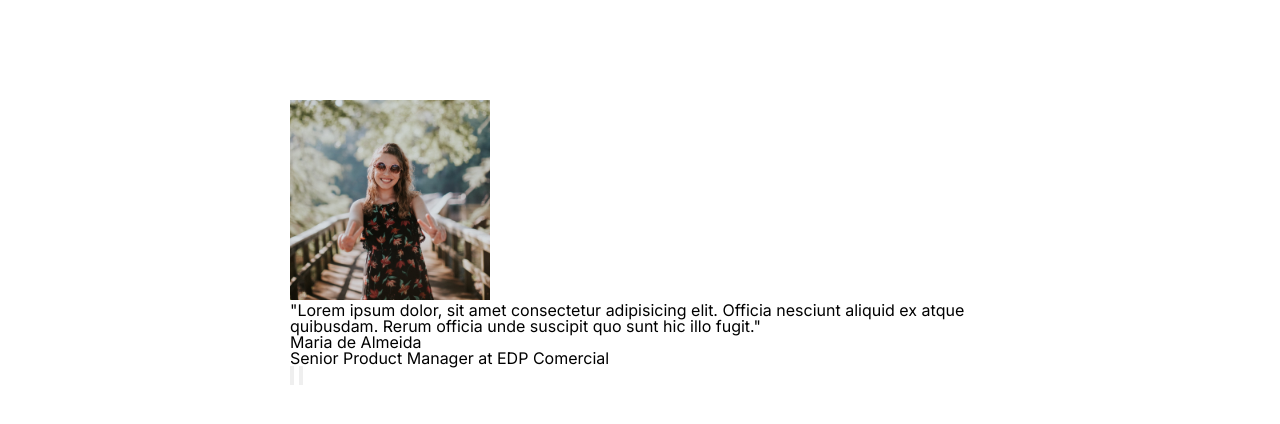
Repository: Ahmed123rezk123/06-Components
Page: carousel.html
The author's editor kept a copy of each file at every save. The page is drawn from the files as they stood at one save, then again after the next save.
The browser window is 1280 px wide. The pictures show the whole page.

Above is the page before, as saved 2024-09-16 08:36:16.

After the next save:
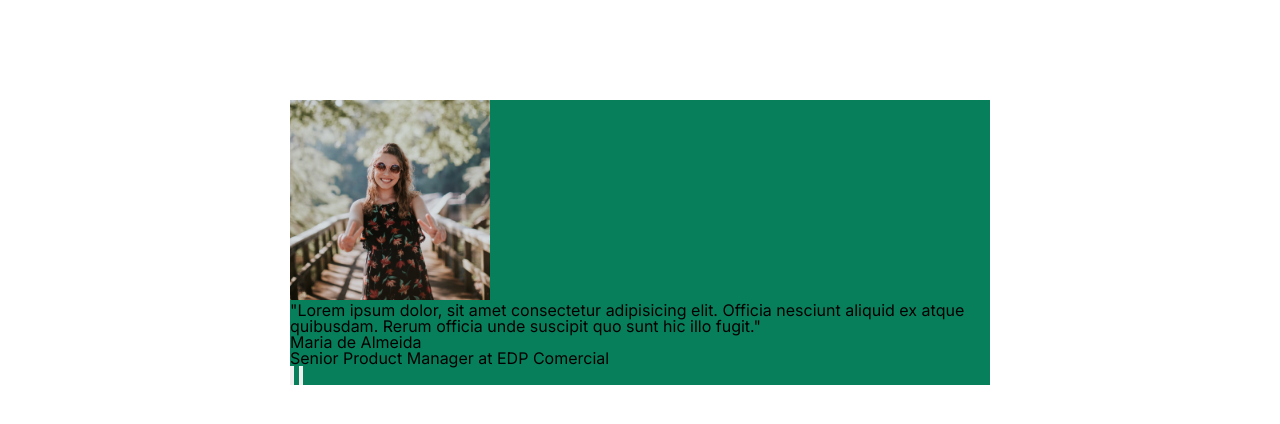
Saved 11 s later.
--- a/carousel.html
+++ b/carousel.html
@@ -24,7 +24,7 @@
       .carousel {
         width: 700px;
         margin: 100px auto;
-        background-color: #;
+        background-color: #087f5b;
       }
 
       img {
